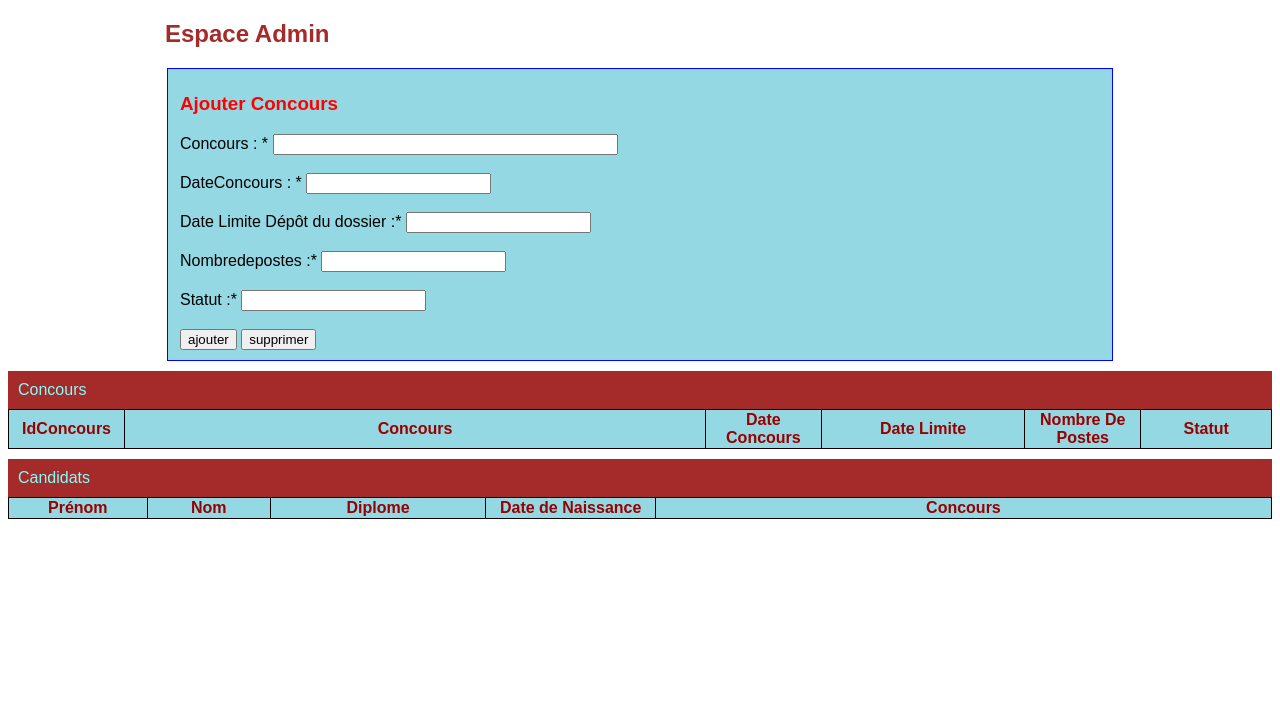
Repository: yahouari/Stage2019
Page: http://localhost/test/Gestion.jsp
The author's editor kept a copy of each file at every save. The page is drawn from the files as they stood at one save, then again after the next save.
The browser window is 1280 px wide. The pictures show the whole page.
The page is served by Tomcat 9. Queries for data that is not in the repository find no rows.

Above is the page before, as saved 2019-07-29 09:21:43.

After the next save:
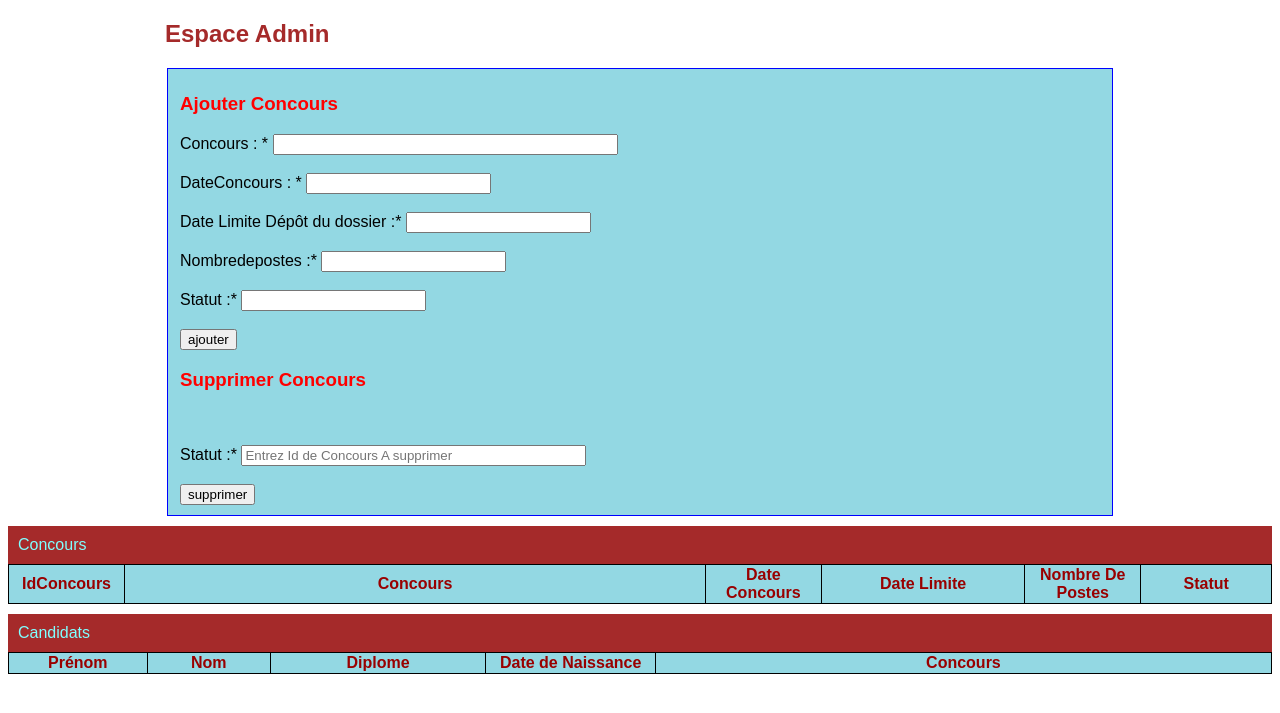
Saved 3 min 2 s later.
--- a/test/WebContent/Gestion.jsp
+++ b/test/WebContent/Gestion.jsp
@@ -43,7 +43,13 @@
               <input type="submit" value="ajouter"  />
               <form>
 
-
+              <h3> Supprimer Concours</h3>
+              <br />
+              <br />
+              <label for="supprimer">Statut :<span class="requis">*</span></label>
+              <input type="supprimer" id="supprimer" name="supprimer" value="" size="40" maxlength="40" placeholder="Entrez Id de Concours A supprimer" />
+              <br />
+              <br />
 			  <input type="submit" value="supprimer"  />
 			  </fieldset>
 
